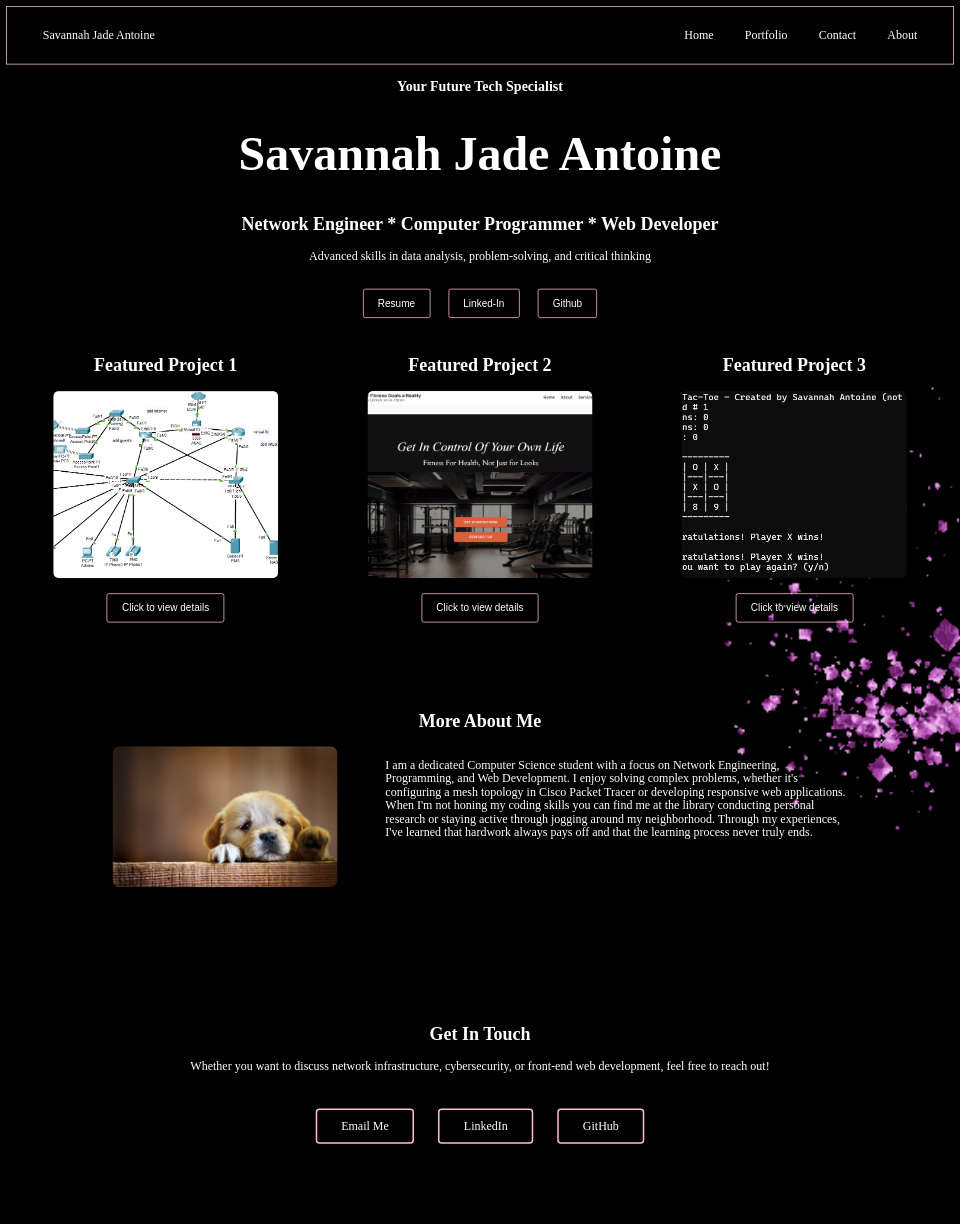
Repository: Savannah-Antoine/Savannah-Antoine
Page: index.html
These files come from the project's save history. The page is drawn as it stood at one moment and after the next save; the edit follows.
The browser window is 1280 px wide. The pictures show the whole page, at 75% of full size.

Above is the page before, as saved 2026-05-16 01:39:40.

After the next save:
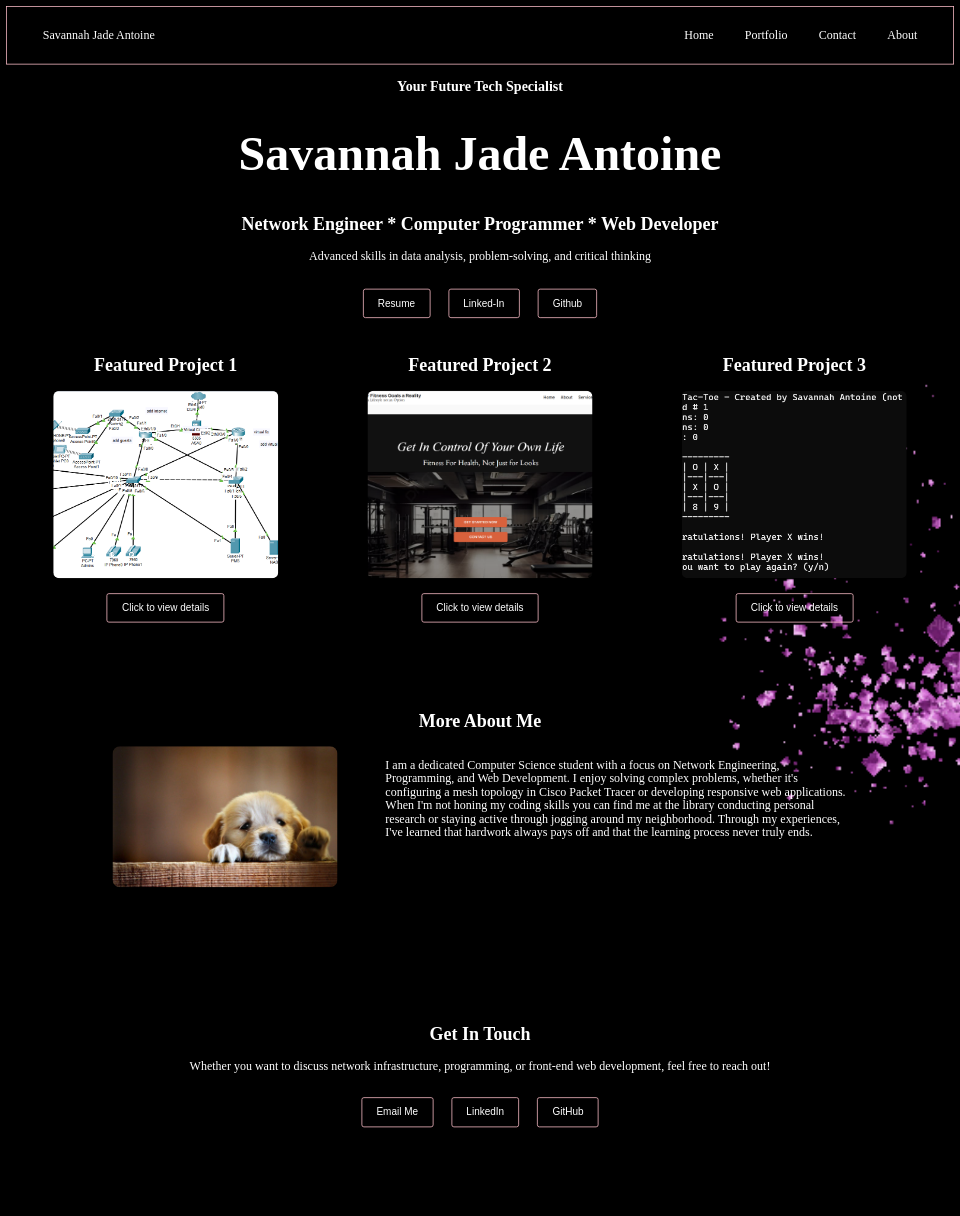
Saved 3 min 36 s later.
--- a/index.html
+++ b/index.html
@@ -66,12 +66,12 @@ Through my experiences, I've learned that hardwork always pays off and that the
 
 <section id="ContactSection" class="contact-container">
     <h2>Get In Touch</h2>
-    <p>Whether you want to discuss network infrastructure, cybersecurity, or front-end web development, feel free to reach out!</p>
+    <p>Whether you want to discuss network infrastructure, programming, or front-end web development, feel free to reach out!</p>
 
-    <div class="contact-methods">
-        <a href="mailto:savannahjadeantoine@gmail.com" class="contact-btn">Email Me</a>
-        <a href="https://linkedin.com/in/yourprofile" target="_blank" class="contact-btn">LinkedIn</a>
-        <a href="https://github.com/yourusername" target="_blank" class="contact-btn">GitHub</a>
+    <div class = "infoButtons">
+        <a href="mailto:savannahjadeantoine@gmail.com" ><button>Email Me</button></a>
+        <a href="https://linkedin.com/in/yourprofile" target="_blank"><button>LinkedIn</button></a>
+        <a href="https://github.com/yourusername" target="_blank"><button>GitHub</button></a>
     </div>
 </section>
 
